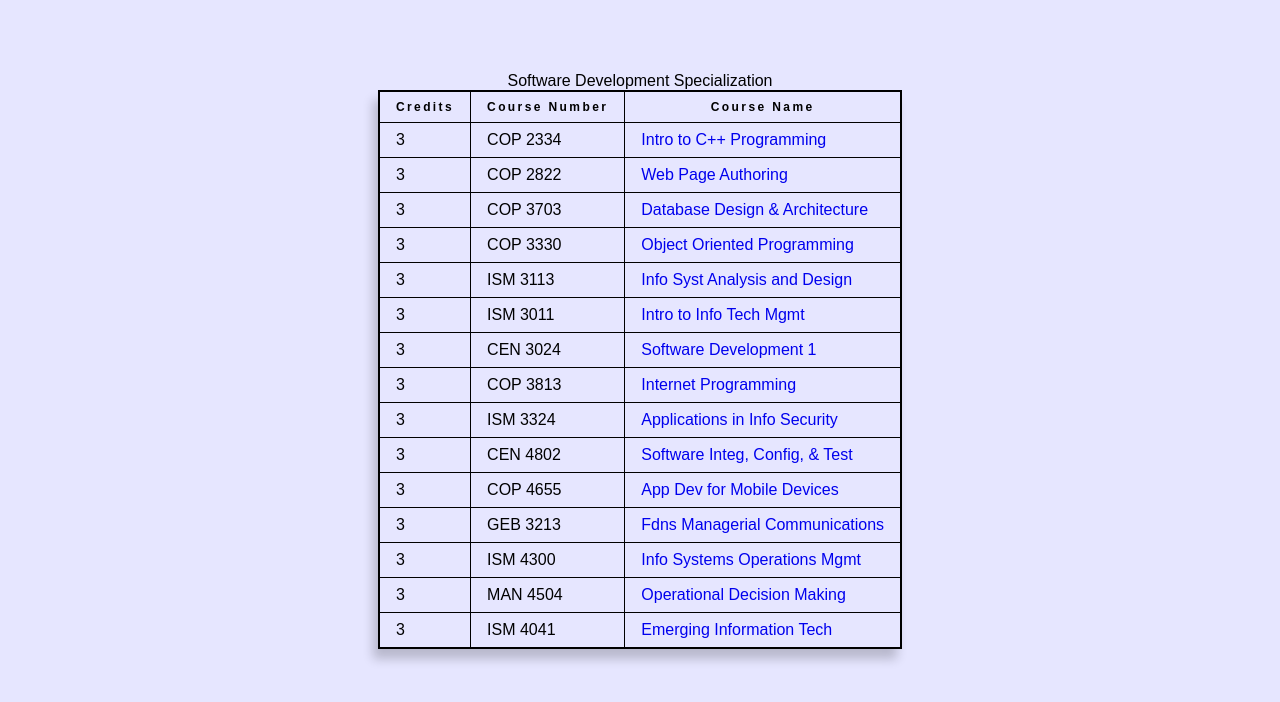
Repository: mlmEFSC21/P3-DegreeSpecializationTable
Page: index.html
These files come from the project's save history. The page is drawn as it stood at one moment and after the next save; the edit follows.
The browser window is 1280 px wide. The pictures show the whole page.
Some web fonts or font styles are not loaded; a fallback is used.

Above is the page before, as saved 2022-02-01 21:22:14.

### index.html
<!DOCTYPE html>
<html lang="en">
    <head>
        <meta charset="UTF-8" />
        <meta http-equiv="X-UA-Compatible" content="IE=edge" />
        <meta name="viewport" content="width=device-width, initial-scale=1.0" />
        <link rel="stylesheet" href="tableStyles.css" />
        <title>Degree Specialization Table</title>
    </head>
    <body>
        <table>
            <caption class="tableTitle">
                Software Development Specialization
            </caption>
            <thead>
                <tr class="colTitles">
                    <th>Credits</th>
                    <th>Course Number</th>
                    <th>Course Name</th>
                </tr>
            </thead>
            <tbody>
                <tr>
                    <td>3</td>
                    <td>COP 2334</td>
                    <td>
                        <a
                            href="https://bannerweb.easternflorida.edu/prod/bwckctlg.p_disp_course_detail?cat_term_in=202210&subj_code_in=COP&crse_numb_in=1000"
                            >Intro to C++ Programming</a
                        >
                    </td>
                </tr>
                <tr>
                    <td>3</td>
                    <td>COP 2822</td>
                    <td>
                        <a
                            href="https://bannerweb.easternflorida.edu/prod/bwckctlg.p_disp_course_detail?cat_term_in=202210&subj_code_in=COP&crse_numb_in=2822"
                            >Web Page Authoring</a
                        >
                    </td>
                </tr>
                <tr>
                    <td>3</td>
                    <td>COP 3703</td>
                    <td>
                        <a
                            href="https://bannerweb.easternflorida.edu/prod/bwckctlg.p_disp_course_detail?cat_term_in=202210&subj_code_in=COP&crse_numb_in=3703"
                            >Database Design & Architecture</a
                        >
                    </td>
                </tr>
                <tr>
                    <td>3</td>
                    <td>COP 3330</td>
                    <td>
                        <a
                            href="https://bannerweb.easternflorida.edu/prod/bwckctlg.p_disp_course_detail?cat_term_in=202210&subj_code_in=COP&crse_numb_in=3330"
                            >Object Oriented Programming</a
                        >
                    </td>
                </tr>
                <tr>
                    <td>3</td>
                    <td>ISM 3113</td>
                    <td>
                        <a
                            href="https://bannerweb.easternflorida.edu/prod/bwckctlg.p_disp_course_detail?cat_term_in=202210&subj_code_in=ISM&crse_numb_in=3113"
                            >Info Syst Analysis and Design</a
                        >
                    </td>
                </tr>
                <tr>
                    <td>3</td>
                    <td>ISM 3011</td>
                    <td>
                        <a
                            href="https://bannerweb.easternflorida.edu/prod/bwckctlg.p_disp_course_detail?cat_term_in=202210&subj_code_in=ISM&crse_numb_in=3011"
                            >Intro to Info Tech Mgmt</a
                        >
                    </td>
                </tr>
                <tr>
                    <td>3</td>
                    <td>CEN 3024</td>
                    <td>
                        <a
                            href="https://bannerweb.easternflorida.edu/prod/bwckctlg.p_disp_course_detail?cat_term_in=202210&subj_code_in=CEN&crse_numb_in=3024"
                            >Software Development 1</a
                        >
                    </td>
                </tr>
                <tr>
                    <td>3</td>
                    <td>COP 3813</td>
                    <td>
                        <a
                            href="https://bannerweb.easternflorida.edu/prod/bwckctlg.p_disp_course_detail?cat_term_in=202210&subj_code_in=COP&crse_numb_in=3813"
                            >Internet Programming</a
                        >
                    </td>
                </tr>
                <tr>
                    <td>3</td>
                    <td>ISM 3324</td>
                    <td>
                        <a
                            href="https://bannerweb.easternflorida.edu/prod/bwckctlg.p_disp_course_detail?cat_term_in=202210&subj_code_in=ISM&crse_numb_in=3324"
                            >Applications in Info Security</a
                        >
                    </td>
                </tr>
                <tr>
                    <td>3</td>
                    <td>CEN 4802</td>
                    <td>
                        <a
                            href="https://bannerweb.easternflorida.edu/prod/bwckctlg.p_disp_course_detail?cat_term_in=202210&subj_code_in=CEN&crse_numb_in=4802"
                            >Software Integ, Config, & Test</a
                        >
                    </td>
                </tr>
                <tr>
                    <td>3</td>
                    <td>COP 4655</td>
                    <td>
                        <a
                            href="https://bannerweb.easternflorida.edu/prod/bwckctlg.p_disp_course_detail?cat_term_in=202210&subj_code_in=COP&crse_numb_in=4655"
                            >App Dev for Mobile Devices</a
                        >
                    </td>
                </tr>
                <tr>
                    <td>3</td>
                    <td>GEB 3213</td>
                    <td>
                        <a
                            href="https://bannerweb.easternflorida.edu/prod/bwckctlg.p_disp_course_detail?cat_term_in=202210&subj_code_in=GEB&crse_numb_in=3213"
                            >Fdns Managerial Communications</a
                        >
                    </td>
                </tr>
                <tr>
                    <td>3</td>
                    <td>ISM 4300</td>
                    <td>
                        <a
                            href="https://bannerweb.easternflorida.edu/prod/bwckctlg.p_disp_course_detail?cat_term_in=202210&subj_code_in=ISM&crse_numb_in=4300"
                            >Info Systems Operations Mgmt</a
                        >
                    </td>
                </tr>
                <tr>
                    <td>3</td>
                    <td>MAN 4504</td>
                    <td>
                        <a
                            href="https://bannerweb.easternflorida.edu/prod/bwckctlg.p_disp_course_detail?cat_term_in=202210&subj_code_in=MAN&crse_numb_in=4504"
                            >Operational Decision Making</a
                        >
                    </td>
                </tr>
                <tr>
                    <td>3</td>
                    <td>ISM 4041</td>
                    <td>
                        <a
                            href="https://bannerweb.easternflorida.edu/prod/bwckctlg.p_disp_course_detail?cat_term_in=202210&subj_code_in=ISM&crse_numb_in=4041"
                            >Emerging Information Tech</a
                        >
                    </td>
                </tr>
            </tbody>
        </table>
    </body>
</html>

### tableStyles.css
@import url("https://fonts.googleapis.com/css2?family=Spectral:wght@400&display=swap");

:root {
    --clr-prime: #003c5e;
    --clr-second: #1a2028;
    --clr-accent: #8fb500;
    --clr-font-prime: #5b8ead;
    --clr-font-second: black;
    --clr-background: #e6e6ff;
}
*,
*::before,
*::after {
    margin: 0;
    padding: 0;
    box-sizing: border-box;
}
body {
    font-family: Spectral, sans-serif;
    height: 100vh;
    display: grid;
    align-items: center;
    justify-content: center;
    background-color: var(--clr-background);
}
table {
    border-collapse: collapse;
    box-shadow: -5px 10px 10px rgba(0, 0, 0, 0.2);
    border: 2px solid black;
    padding: 0.25rem;
}
thead {
    letter-spacing: 0.15rem;
    font-size: 0.75rem;
    font-weight: 900;
}
th {
    border: 1px solid black;
    padding: 0.5rem 1rem;
}
td {
    border: 1px solid black;
    padding: 0.5rem 1rem;
    align-items: center;
    justify-content: center;
}
a {
    text-decoration: none;
}

After the next save:
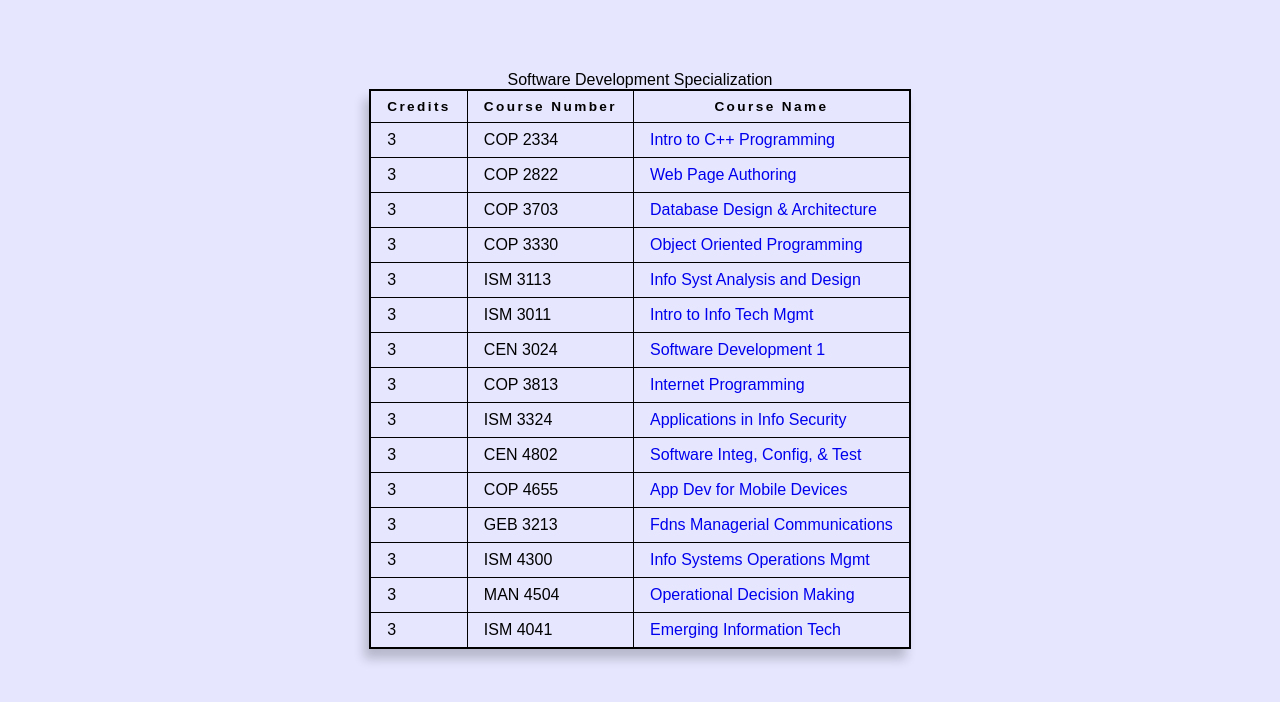
Saved 11 s later.
--- a/tableStyles.css
+++ b/tableStyles.css
@@ -31,7 +31,7 @@ table {
 }
 thead {
     letter-spacing: 0.15rem;
-    font-size: 0.75rem;
+    font-size: 0.85rem;
     font-weight: 900;
 }
 th {
